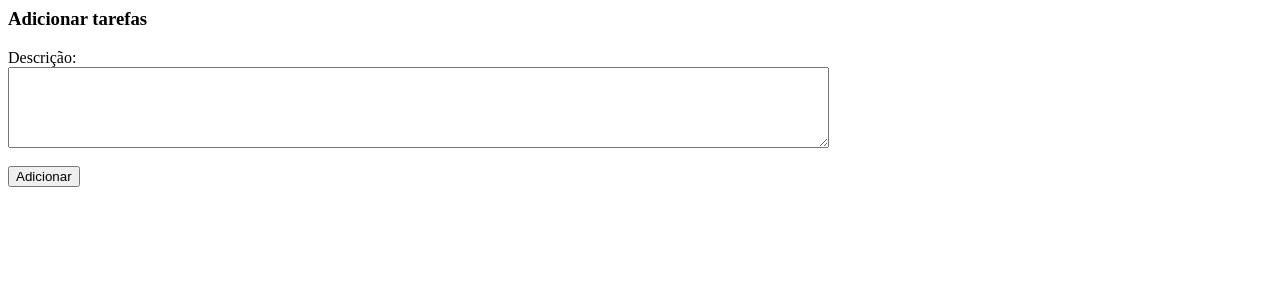
Repository: clebsonsousa/workspace
Page: http://localhost/fj21-tarefas/novaTarefa
An editor plug-in stored every save of this project. The page is shown before and after the next save, followed by the edit.
The browser window is 1280 px wide. The pictures show the whole page.
The page is served by Tomcat 9. Other server files are loaded and not shown.

Above is the page before, as saved 2015-12-02 04:38:38.

### fj21-tarefas/WebContent/WEB-INF/views/tarefas/formulario.jsp
<%@ taglib uri="http://www.springframework.org/tags/form" prefix="form" %>
<html>
<body>
  <h3>Adicionar tarefas</h3>
  <form action="adicionaTarefa" method="post">
    Descrição:
            <br/>
    <textarea rows="5" cols="100" name="descricao"></textarea>
            <br/>
    <form:errors path="tarefa.descricao" cssStyle="color:red"/>
            <br/>
    <input type="submit" value="Adicionar"/>
  </form>
</body>
</html>

After the next save:
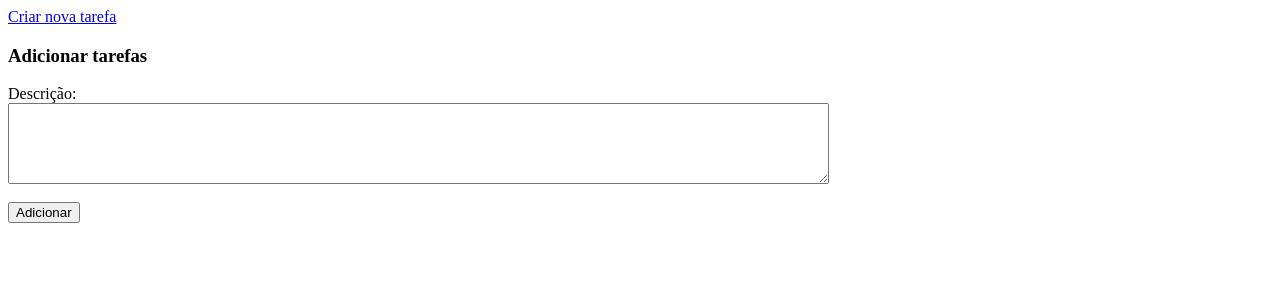
Saved 2 min 20 s later.
--- a/fj21-tarefas/WebContent/WEB-INF/views/tarefas/formulario.jsp
+++ b/fj21-tarefas/WebContent/WEB-INF/views/tarefas/formulario.jsp
@@ -1,6 +1,8 @@
 <%@ taglib uri="http://www.springframework.org/tags/form" prefix="form" %>
 <html>
 <body>
+
+ <a href="novaTarefa">Criar nova tarefa</a>
   <h3>Adicionar tarefas</h3>
   <form action="adicionaTarefa" method="post">
     Descrição:
